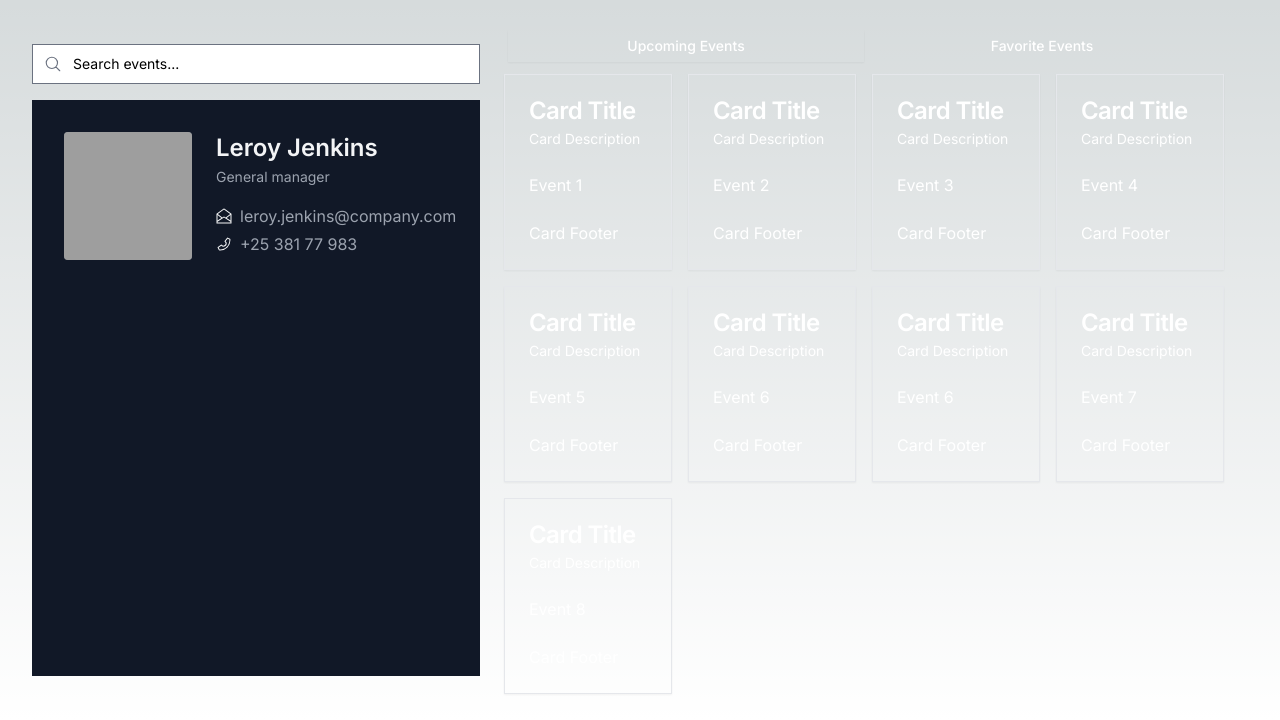
Repository: loktioncode/events-app
Page: /
An editor plug-in stored every save of this project. The page is shown before and after the next save, followed by the edit.
The browser window is 1280 px wide. The pictures show the whole page.
Pictures or frames that could not be fetched are drawn as grey boxes. The project was rebuilt for these pictures with package versions that can differ from the ones it lists, and the page was loaded fresh each time. The framework's server and built-in components were replaced by stand-ins that run in the browser. Also part of the build but not shown: next.config.js, components/favouriteEvents.tsx.

Above is the page before, as saved 2023-11-30 21:16:48.

### app/page.tsx
import Image from 'next/image'
import Search from '../components/searchInput';
import Events from '../components/events';
import BandInfo from '../components/bandInfo';


export default function Home(
  {
    searchParams,
  }: {
    searchParams?: {
      query?: string;
      page?: string;
    };
  }
) {



  return (
    <main className="flex max-h-screen flex-row items-center justify-between p-8">

      <div className="flex flex-col">
        <Search placeholder="Search events..." />
        <BandInfo />


      </div >

      <Events />

    </main>
  )
}

### app/globals.css
@tailwind base;
@tailwind components;
@tailwind utilities;

:root {
  --foreground-rgb:  255, 255, 255;
  --background-start-rgb: 214, 219, 220;
  --background-end-rgb: 255, 255, 255;
}

@media (prefers-color-scheme: dark) {
  :root {
    --foreground-rgb: 255, 255, 255;
    --background-start-rgb:  255, 255, 255;
    --background-end-rgb: 255, 255, 255;
  }
}

body {
  color: rgb(var(--foreground-rgb));
  background: linear-gradient(
      to bottom,
      transparent,
      rgb(var(--background-end-rgb))
    )
    rgb(var(--background-start-rgb));
}

### components/searchInput.tsx
'use client';
import { useSearchParams, usePathname, useRouter } from 'next/navigation';
import { MagnifyingGlassIcon } from '@heroicons/react/24/outline';

export default function Search({ placeholder }: { placeholder: string}) {
    const searchParams = useSearchParams();
    const pathname = usePathname();
    const { replace } = useRouter();


    function handleSearch(term: string) {
        console.log(term);
        const params = new URLSearchParams(searchParams);
        if (term) {
            params.set('query', term);
        } else {
            params.delete('query');
        }
        replace(`${pathname}?${params.toString()}`);
    }


return (
    <div className="relative  w-full">
        <label htmlFor="search" className="sr-only text-black">
            Search Artist
        </label>
        <input
            className="peer block w-full rounded-md border border-gray-500 py-[9px] pl-10 text-sm outline-2 placeholder:text-black text-black"
            placeholder={placeholder}
            onChange={(e) => {
                handleSearch(e.target.value);
            }}
            defaultValue={searchParams.get('query')?.toString() || ''}
        />
        <MagnifyingGlassIcon className="absolute left-3 top-1/2 h-[18px] w-[18px] -translate-y-1/2 text-gray-500 peer-focus:text-gray-900" />
    </div>
);
}

### components/events.tsx
'use client';
import { useSearchParams, usePathname, useRouter } from 'next/navigation';
import { Tabs, TabsContent, TabsList, TabsTrigger } from "@/components/ui/tabs"
import FavoriteEvents from './favouriteEvents';
import AllEvents from './allEvents';

export default function Events() {
    const searchParams = useSearchParams();
    const pathname = usePathname();
    const { replace } = useRouter();




    return (
        <Tabs defaultValue="all" className="mx-6 w-full">
            <TabsList className='w-full'>
                <TabsTrigger value="all" className='w-full'>Upcoming Events</TabsTrigger>
                <TabsTrigger value="favorites" className='w-full'>Favorite Events</TabsTrigger>
            </TabsList>
            <TabsContent value="all"><AllEvents/></TabsContent>
            <TabsContent value="favorites"><FavoriteEvents/> </TabsContent>
        </Tabs>

    );
}

### components/bandInfo.tsx
'use client';

export default function BandInfo() {

    return (
        <div className="max-w-md p-8 sm:flex sm:space-x-6 bg-gray-900 text-gray-100 mt-4 h-[80vh]">
            <div className="flex-shrink-0 w-full mb-6 h-44 sm:h-32 sm:w-32 sm:mb-0">
                <img src="https://source.unsplash.com/100x100/?portrait?1" alt="" className="object-cover object-center w-full h-full rounded bg-gray-500" />
            </div>
            <div className="flex flex-col space-y-4">
                <div>
                    <h2 className="text-2xl font-semibold">Leroy Jenkins</h2>
                    <span className="text-sm text-gray-400">General manager</span>
                </div>
                <div className="space-y-1">
                    <span className="flex items-center space-x-2">
                        <svg xmlns="http://www.w3.org/2000/svg" viewBox="0 0 512 512" aria-label="Email address" className="w-4 h-4">
                            <path fill="currentColor" d="M274.6,25.623a32.006,32.006,0,0,0-37.2,0L16,183.766V496H496V183.766ZM464,402.693,339.97,322.96,464,226.492ZM256,51.662,454.429,193.4,311.434,304.615,256,268.979l-55.434,35.636L57.571,193.4ZM48,226.492,172.03,322.96,48,402.693ZM464,464H48V440.735L256,307.021,464,440.735Z"></path>
                        </svg>
                        <span className="text-gray-400">leroy.jenkins@company.com</span>
                    </span>
                    <span className="flex items-center space-x-2">
                        <svg xmlns="http://www.w3.org/2000/svg" viewBox="0 0 512 512" aria-label="Phonenumber" className="w-4 h-4">
                            <path fill="currentColor" d="M449.366,89.648l-.685-.428L362.088,46.559,268.625,171.176l43,57.337a88.529,88.529,0,0,1-83.115,83.114l-57.336-43L46.558,362.088l42.306,85.869.356.725.429.684a25.085,25.085,0,0,0,21.393,11.857h22.344A327.836,327.836,0,0,0,461.222,133.386V111.041A25.084,25.084,0,0,0,449.366,89.648Zm-20.144,43.738c0,163.125-132.712,295.837-295.836,295.837h-18.08L87,371.76l84.18-63.135,46.867,35.149h5.333a120.535,120.535,0,0,0,120.4-120.4v-5.333l-35.149-46.866L371.759,87l57.463,28.311Z"></path>
                        </svg>
                        <span className="text-gray-400">+25 381 77 983</span>
                    </span>
                </div>
            </div>
        </div>
    );
}

### components/ui/tabs.tsx
"use client"

import * as React from "react"
import * as TabsPrimitive from "@radix-ui/react-tabs"

import { cn } from "@/lib/utils"

const Tabs = TabsPrimitive.Root

const TabsList = React.forwardRef<
  React.ElementRef<typeof TabsPrimitive.List>,
  React.ComponentPropsWithoutRef<typeof TabsPrimitive.List>
>(({ className, ...props }, ref) => (
  <TabsPrimitive.List
    ref={ref}
    className={cn(
      "inline-flex h-10 items-center justify-center rounded-md bg-muted p-1 text-muted-foreground",
      className
    )}
    {...props}
  />
))
TabsList.displayName = TabsPrimitive.List.displayName

const TabsTrigger = React.forwardRef<
  React.ElementRef<typeof TabsPrimitive.Trigger>,
  React.ComponentPropsWithoutRef<typeof TabsPrimitive.Trigger>
>(({ className, ...props }, ref) => (
  <TabsPrimitive.Trigger
    ref={ref}
    className={cn(
      "inline-flex items-center justify-center whitespace-nowrap rounded-sm px-3 py-1.5 text-sm font-medium ring-offset-background transition-all focus-visible:outline-none focus-visible:ring-2 focus-visible:ring-ring focus-visible:ring-offset-2 disabled:pointer-events-none disabled:opacity-50 data-[state=active]:bg-background data-[state=active]:text-foreground data-[state=active]:shadow-sm",
      className
    )}
    {...props}
  />
))
TabsTrigger.displayName = TabsPrimitive.Trigger.displayName

const TabsContent = React.forwardRef<
  React.ElementRef<typeof TabsPrimitive.Content>,
  React.ComponentPropsWithoutRef<typeof TabsPrimitive.Content>
>(({ className, ...props }, ref) => (
  <TabsPrimitive.Content
    ref={ref}
    className={cn(
      "mt-2 ring-offset-background focus-visible:outline-none focus-visible:ring-2 focus-visible:ring-ring focus-visible:ring-offset-2",
      className
    )}
    {...props}
  />
))
TabsContent.displayName = TabsPrimitive.Content.displayName

export { Tabs, TabsList, TabsTrigger, TabsContent }

### components/allEvents.tsx
import {
    Card,
    CardContent,
    CardDescription,
    CardFooter,
    CardHeader,
    CardTitle,
} from "@/components/ui/card"


export default function AllEvents() {



    return (
        <div className="grid grid-cols-4 gap-4">
            {
                [1, 2, 3, 4, 5, 6, 6, 7, 8].map((event) => (

                    <Card key={event}>
                        <CardHeader>
                            <CardTitle>Card Title</CardTitle>
                            <CardDescription>Card Description</CardDescription>
                        </CardHeader>
                        <CardContent>
                            <p> Event {event}</p>
                        </CardContent>
                        <CardFooter>
                            <p>Card Footer</p>
                        </CardFooter>
                    </Card>

                ))
            }
        </div>

    );
}

### components/ui/card.tsx
import * as React from "react"

import { cn } from "@/lib/utils"

const Card = React.forwardRef<
  HTMLDivElement,
  React.HTMLAttributes<HTMLDivElement>
>(({ className, ...props }, ref) => (
  <div
    ref={ref}
    className={cn(
      "rounded-lg border bg-card text-card-foreground shadow-sm",
      className
    )}
    {...props}
  />
))
Card.displayName = "Card"

const CardHeader = React.forwardRef<
  HTMLDivElement,
  React.HTMLAttributes<HTMLDivElement>
>(({ className, ...props }, ref) => (
  <div
    ref={ref}
    className={cn("flex flex-col space-y-1.5 p-6", className)}
    {...props}
  />
))
CardHeader.displayName = "CardHeader"

const CardTitle = React.forwardRef<
  HTMLParagraphElement,
  React.HTMLAttributes<HTMLHeadingElement>
>(({ className, ...props }, ref) => (
  <h3
    ref={ref}
    className={cn(
      "text-2xl font-semibold leading-none tracking-tight",
      className
    )}
    {...props}
  />
))
CardTitle.displayName = "CardTitle"

const CardDescription = React.forwardRef<
  HTMLParagraphElement,
  React.HTMLAttributes<HTMLParagraphElement>
>(({ className, ...props }, ref) => (
  <p
    ref={ref}
    className={cn("text-sm text-muted-foreground", className)}
    {...props}
  />
))
CardDescription.displayName = "CardDescription"

const CardContent = React.forwardRef<
  HTMLDivElement,
  React.HTMLAttributes<HTMLDivElement>
>(({ className, ...props }, ref) => (
  <div ref={ref} className={cn("p-6 pt-0", className)} {...props} />
))
CardContent.displayName = "CardContent"

const CardFooter = React.forwardRef<
  HTMLDivElement,
  React.HTMLAttributes<HTMLDivElement>
>(({ className, ...props }, ref) => (
  <div
    ref={ref}
    className={cn("flex items-center p-6 pt-0", className)}
    {...props}
  />
))
CardFooter.displayName = "CardFooter"

export { Card, CardHeader, CardFooter, CardTitle, CardDescription, CardContent }

Loaded but not shown: app/layout.tsx (common file); lib/utils.ts (common file); tailwind.config.js (common file)

After the next save:
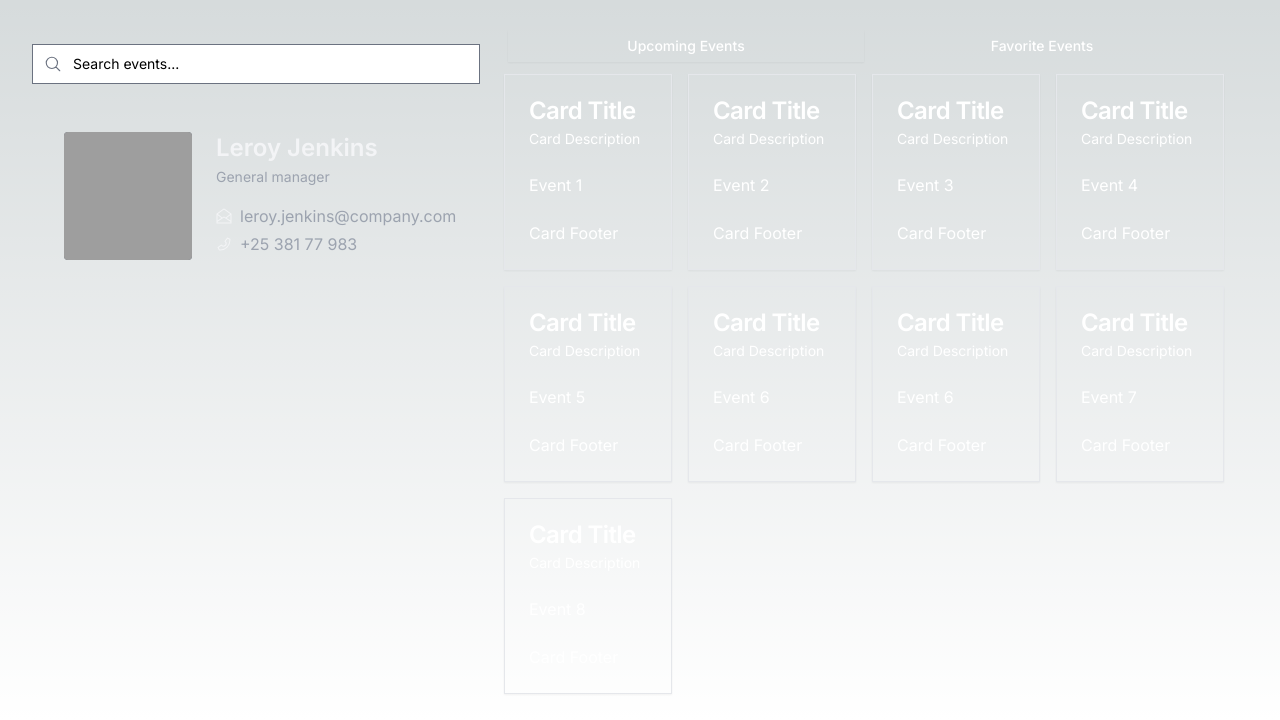
Saved 20 s later.
--- a/components/bandInfo.tsx
+++ b/components/bandInfo.tsx
@@ -3,7 +3,7 @@
 export default function BandInfo() {
 
     return (
-        <div className="max-w-md p-8 sm:flex sm:space-x-6 bg-gray-900 text-gray-100 mt-4 h-[80vh]">
+        <div className="max-w-md p-8 sm:flex sm:space-x-6 border-gray text-gray-100 mt-4 h-[80vh]">
             <div className="flex-shrink-0 w-full mb-6 h-44 sm:h-32 sm:w-32 sm:mb-0">
                 <img src="https://source.unsplash.com/100x100/?portrait?1" alt="" className="object-cover object-center w-full h-full rounded bg-gray-500" />
             </div>
